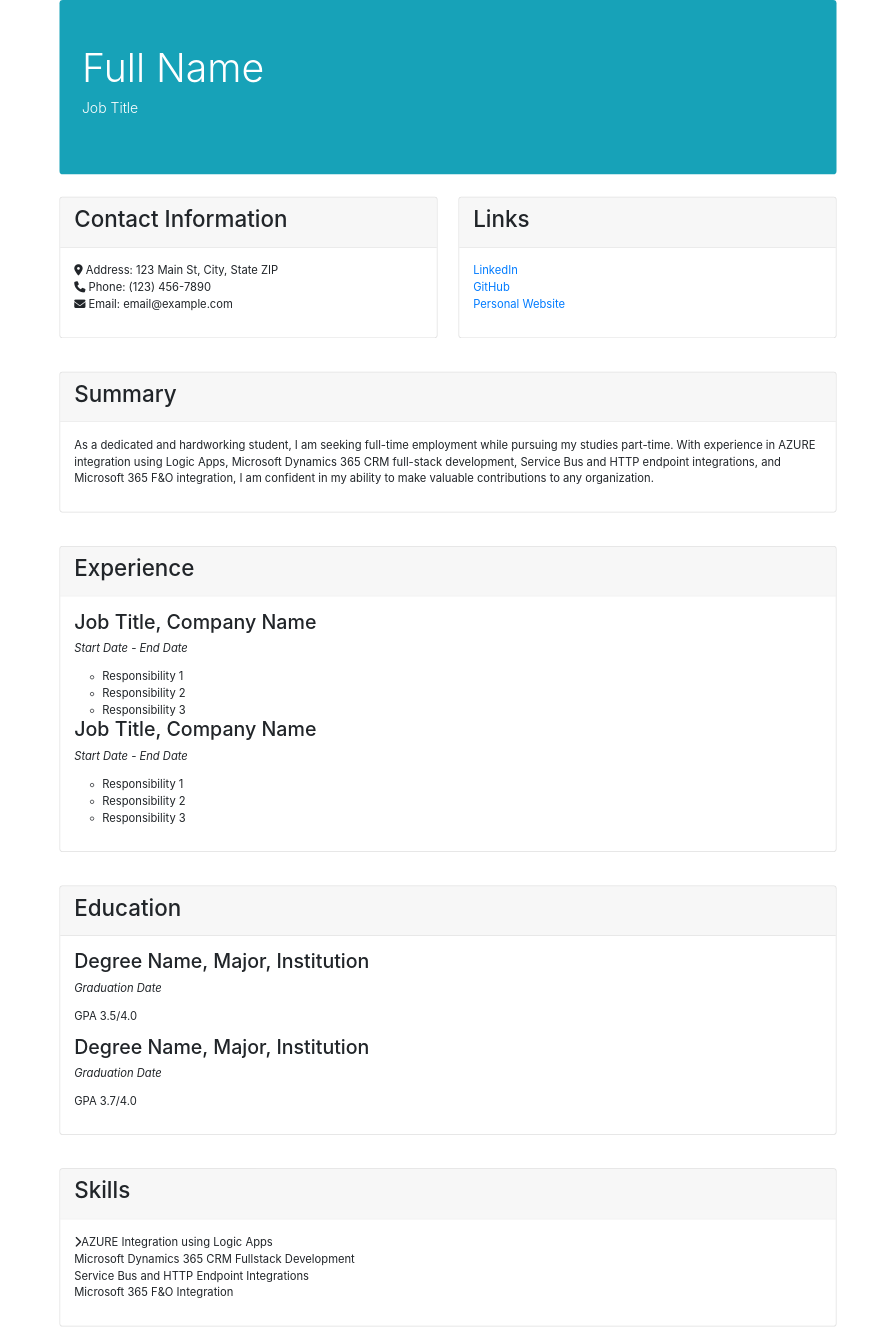
Repository: Git-it-right/Centrality
Page: cv.html
These files come from the project's save history. The page is drawn as it stood at one moment and after the next save; the edit follows.
The browser window is 1280 px wide. The pictures show the whole page, at 70% of full size.
Some web libraries are served in a nearby version.

Above is the page before, as saved 2023-04-17 11:43:13.

After the next save:
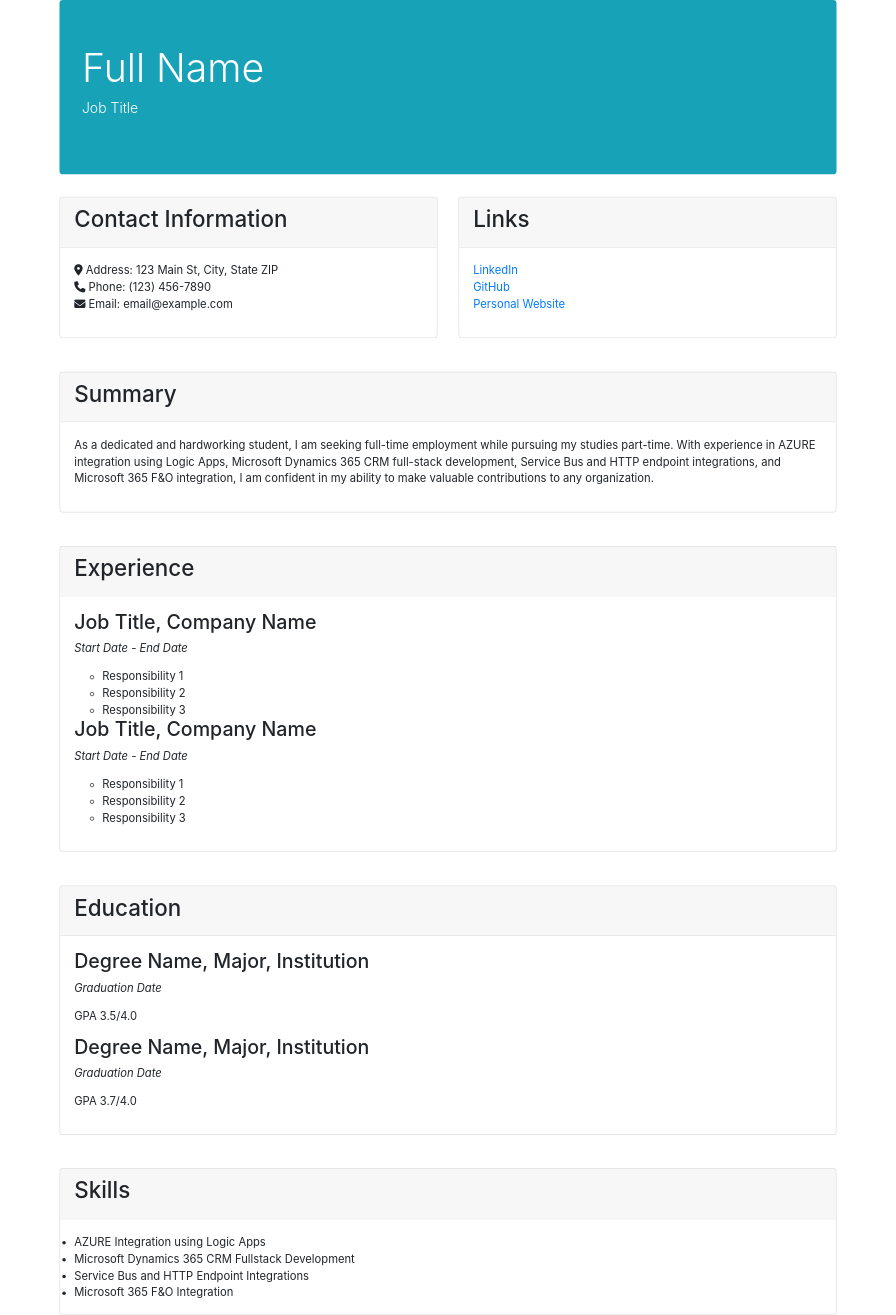
Saved 40 s later.
--- a/cv.html
+++ b/cv.html
@@ -121,8 +121,8 @@
                         <h2>Skills</h2>
                     </div>
                     <div class="card-body">
-                        <ul class="list-unstyled">
-                            <li> <i class="fa fa-chevron-right" aria-hidden="true"></i>AZURE Integration using Logic Apps
+                        <ul class="list-group">
+                            <li>AZURE Integration using Logic Apps
                             </li>
                             <li>Microsoft Dynamics 365 CRM Fullstack Development
                             </li>
